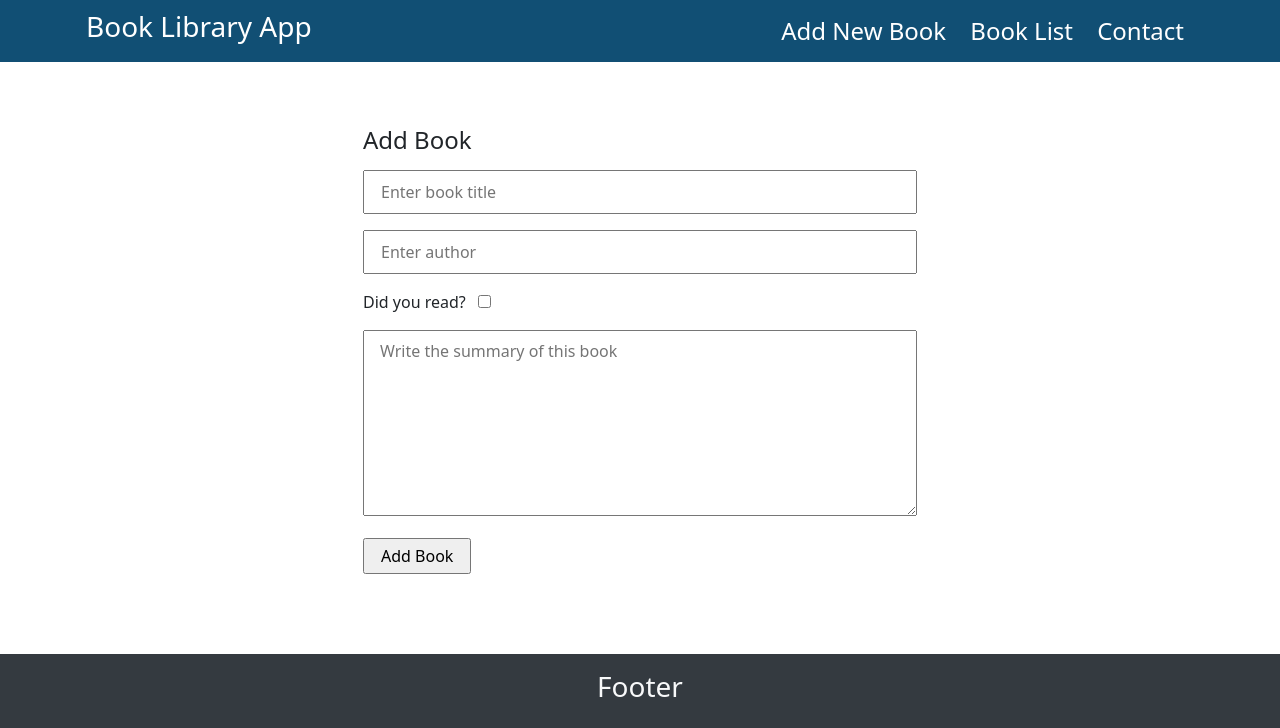
Repository: just-mann/booklibrary-app
Page: http://localhost/
An editor plug-in stored every save of this project. The page is shown before and after the next save, followed by the edit.
The browser window is 1280 px wide. The pictures show the whole page.
The page is served by the project's Node server (app.js).

Above is the page before, as saved 2021-06-06 04:44:26.

After the next save:
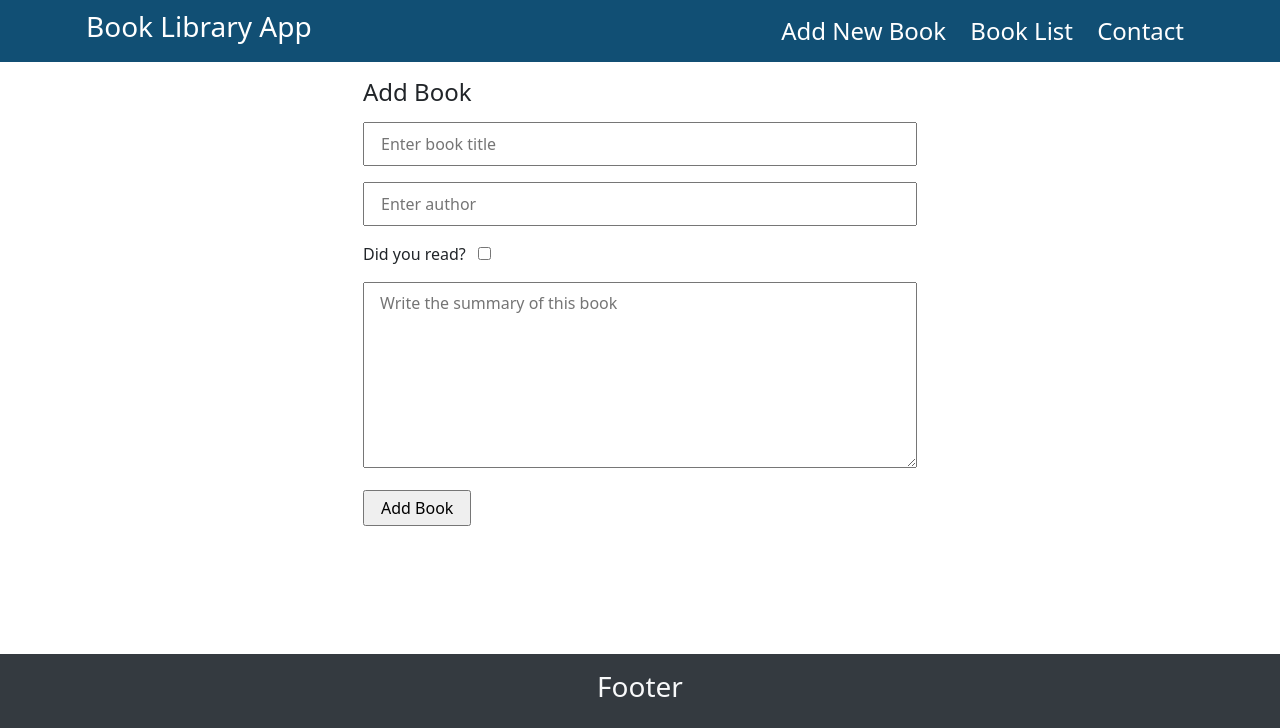
Saved 25 s later.
--- a/views/index.ejs
+++ b/views/index.ejs
@@ -5,7 +5,7 @@
     <%- include('./partials/Navbar') %>
       <div class="container py-2 home">
         <div class="w-50 p-5 py-2 px-0 homeDiv">
-          <form action="/books" method="POST" class="p-5 px-0">
+          <form action="/books" method="POST" class="px-0">
             <h4>Add Book</h4>
               <div class="my-3">
                 <input class="px-3 py-2 title w-100" type="text" name="title" id="title" placeholder="Enter book title" required>
